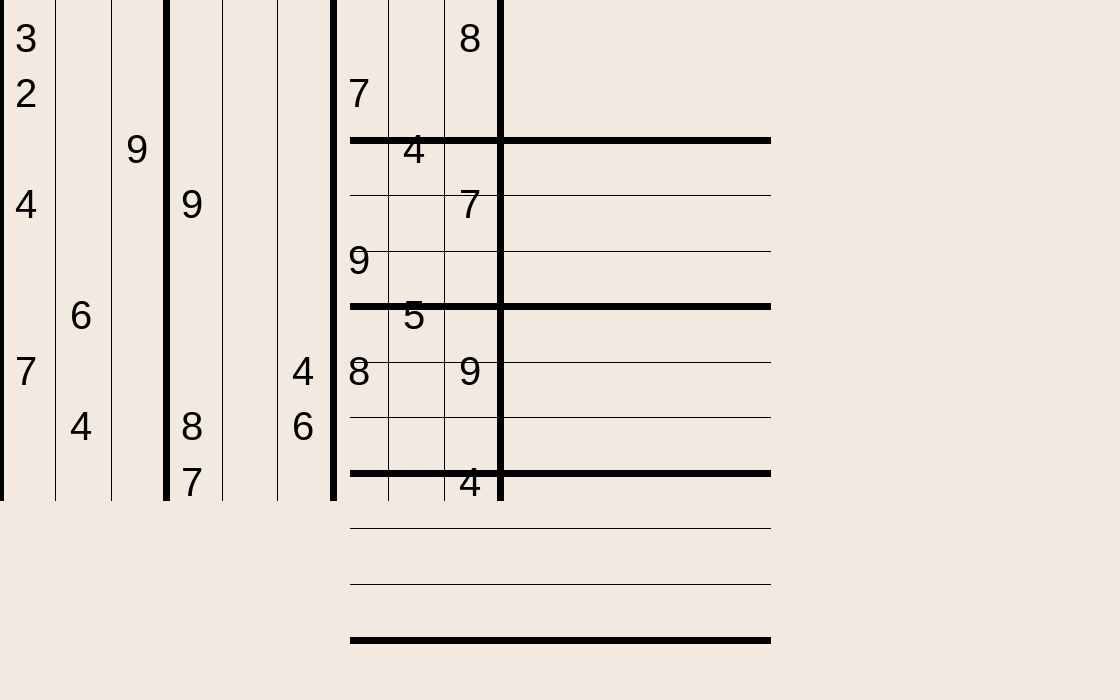
Repository: JensVL96/Puzzle-solver-for-fun
Script's output: python sudoku.py
These files come from the project's save history. The script's output is drawn as it stood at one moment and after the next save; the edit follows.
The window is shown after at most 60 frames with no key pressed. A system font it names is replaced by a similar one. Random numbers start from a fixed seed.

Above is the script's output before, as saved 2020-10-30 01:37:40.

### sudoku.py
# -*- coding: utf-8 -*-
from __future__ import print_function
import pygame as pg
from random import sample
from config import *
from string import *
import numpy as np

dif = BOX_SIZE / 9
def get_cord(pos):
    global x
    x = pos[0]//dif
    global y
    y = pos[1]//dif

class create_board():
    def __init__(self):
        self.base  = 3  # Will generate any size of random sudoku board in O(n^2) time
        self.side  = self.base * self.base
        self.nums  = sample(range(1, self.side + 1), self.side) # random numbers
        self.board = [[self.nums[(self.base * (r%self.base) + r//self.base + c)%self.side] for c in range(self.side) ] for r in range(self.side)]
        rows  = [ r for g in sample(range(self.base),self.base) for r in sample(range(g * self.base,(g + 1) * self.base), self.base) ]
        cols  = [ c for g in sample(range(self.base),self.base) for c in sample(range(g * self.base,(g + 1) * self.base), self.base) ]
        self.board = [[self.board[r][c] for c in cols] for r in rows]

        # print("\nInput:")
        # for line in self.board: print(line)

        squares = self.side * self.side
        empties = squares * 3//4
        for p in sample(range(squares),empties):
            self.board[p//self.side][p%self.side] = 0

        self.lines()

    def expandLine(self, line):
        return line[0]+line[5:9].join([line[1:5]*(self.base-1)]*self.base)+line[9:13]

    def lines(self):
        self.line0  = self.expandLine("╔═══╤═══╦═══╗")
        self.line1  = self.expandLine("║ . │ . ║ . ║")
        self.line2  = self.expandLine("╟───┼───╫───╢")
        self.line3  = self.expandLine("╠═══╪═══╬═══╣")
        self.line4  = self.expandLine("╚═══╧═══╩═══╝")

        self.draw()

    def draw(self):
        symbol = " 1234567890ABCDEFGHIJKLMNOPQRSTUVWXYZ"
        self.nums   = [ [""]+[symbol[n] for n in row] for row in self.board ]
        print(self.line0)
        for r in range(1,self.side+1):
            print( "".join(n+s for n,s in zip(self.nums[r-1],self.line1.split("."))) )
            print([self.line2,self.line3,self.line4][(r%self.side==0)+(r%self.base==0)])

class solve_board():
    def __init__(self, board):
        self.row = []
        self.col = []
        self.cell = []
        self.row_list = []
        self.col_list = []
        self.cell_list = []

        for space in range(9):
            self.col.append([])
            self.cell.append([])

        row_idx = 0
        for line in board:

            self.row.append(line)

            cell_idx = 0
            if row_idx >= 3:
                cell_idx = 3
            if row_idx >= 6:
                cell_idx = 6


            for col_idx in range(9):

                self.col[col_idx].insert(row_idx, line[col_idx])

                if col_idx % 3 == 0:
                    for triple in range(0, 3):
                        self.cell[cell_idx].insert(len(self.cell[row_idx]) + triple, line[col_idx + triple])
                    cell_idx += 1

            self.row_list.append(self.row)
            self.col_list.append(self.col)
            self.cell_list.append(self.cell)
            row_idx += 1

        print("\nrow:")
        for row in self.row_list[0]:
            print(row)
        # print("\ncolumn:")
        # for col in self.col_list[0]:
        #     print(col)
        # print("\ncell:")
        # for cell in self.cell_list[0]:
        #     print(cell)

    def assign_flags(self, board):
        self.flags = []
        row_idx = 0
        cell_idx = 0

        print("\n")
        for line in board:
            cell_idx = 0
            if row_idx >= 3:
                cell_idx = 3
            if row_idx >= 6:
                cell_idx = 6

            for index in range(9):
                # print("position: ", index, "value: ", line[index])

                # print("row", row_idx, "col", index, "cell", cell_idx)
                if (index % 3 == 0 and index != 0):
                    cell_idx += 1

                if line[index] == 0:
                    flag_idx = 0
                    temp_flag = []
                    for value in range(1, 10):
                        # print(value)
                        if self.row_flag(value, row_idx):
                            # print("found in row")
                            pass
                        elif self.col_flag(value, index):
                            # print("found in column")
                            pass
                        elif self.cell_flag(value, cell_idx):
                            # print("found in cell")
                            pass
                        else:
                            temp_flag.append(value)
                            flag_idx += 1
                    print(temp_flag)
                    self.flags.append(temp_flag)
            row_idx += 1

    def check_row(self):
        pass

    def column(self, x):
        pass

    def cell(self, row, col):
        pass

    def row_flag(self, index, row_idx):
        for row in self.row_list[0][row_idx]:
            # print("comparing in row ", row, "with ", index, "row_idx ", row_idx)
            if row == index:
                return 1
        return 0

    def col_flag(self, index, col_idx):
        for col in self.col_list[0][col_idx]:
            # print("comparing in column ", col, "with ", index, "col_idx ", col_idx)
            if col == index:
                return 1
        return 0

    def cell_flag(self, index, cell_idx):
        for cell in self.cell_list[0][cell_idx]:
            # print("comparing in cell ", cell, "with ", index, "cell_idx ", cell_idx)
            if cell == index:
                return 1
        return 0


class Display_board():
    def __init__(self, screen):
        self.screen = screen
        self.font1 = pg.font.SysFont("comicsans", 40)
        self.dif = 500 / 9

    def draw_val(self, val):
        text1 = self.font1.render(str(val), 1, BLACK)
        self.screen.blit(text1, (x * dif + 15, y * dif + 15))

    def on_mouse_press(self, x, y, symbol, modifier):
        pass

    def draw(self, grid):
        start_pos_x = (SCREEN_WIDTH / 2) - (BORDER_SIZE / 2)
        start_pos_y = (SCREEN_HEIGHT / 2) - (BORDER_SIZE / 2)
        end_pos_x = (SCREEN_WIDTH / 2) + (BORDER_SIZE / 2)
        end_pos_y = (SCREEN_HEIGHT / 2) - (BORDER_SIZE / 2)

        print("\nstart pos: (%d, %d)", start_pos_x, start_pos_y)
        print("end pos: (%d, %d)\n", end_pos_x, end_pos_y)

        for i in range (9):
            for j in range (9):
                if grid[i][j] != 0:

                    text1 = self.font1.render(str(grid[i][j]), 1, BLACK)
                    self.screen.blit(text1, (i * self.dif + 15, j * self.dif + 15))

        for i in range(10):
            if i %3 == 0:
                thick = 7
            else:
                thick = 1
            pg.draw.line(self.screen, BLACK, (start_pos_x,
                                            start_pos_y + i * self.dif),
                                            (end_pos_x,
                                            end_pos_y + i * self.dif), thick)
            pg.draw.line(self.screen, BLACK, (i * self.dif, 0), (i * self.dif, 500), thick)

    def update(self, dt):
        pass


class Main():
    def __init__(self):
        self.board = []
        self.run()

    def run(self):
        pg.init()
        self.screen = pg.display.set_mode(SCREEN_RES)
        pg.display.set_caption('Sudoku solver')

        display = Display_board(self.screen)

        flag1 = 0
        val = 0

        self.board = create_board().board
        while 1:
            for event in pg.event.get():
                if event.type == pg.QUIT or (event.type == pg.KEYDOWN and event.key == pg.K_ESCAPE):
                    exit()
                if event.type == pg.MOUSEBUTTONDOWN:
                    flag1 = 1
                    pos = pg.mouse.get_pos()
                if event.type == pg.KEYDOWN:
                    if event.key == pg.K_1:
                        val = 1
                    if event.key == pg.K_2:
                        val = 2
                    if event.key == pg.K_3:
                        val = 3
                    if event.key == pg.K_4:
                        val = 4
                    if event.key == pg.K_5:
                        val = 5
                    if event.key == pg.K_6:
                        val = 6
                    if event.key == pg.K_7:
                        val = 7
                    if event.key == pg.K_8:
                        val = 8
                    if event.key == pg.K_9:
                        val = 9

            if val != 0:
                display.draw_val(val)

                if valid(grid, int(x), int(y), val) == True:
                    grid[int(x)][int(y)] = val
                else:
                    grid[int(x)][int(y)] = 0
                    raise_error2()
                val = 0

            pg.draw.rect(self.screen, BLACK, (0, 0, self.screen.get_width(), self.screen.get_height()))
            self.screen.fill(BEIGE)

            display.draw(self.board)
            # display.draw_box()

            pg.display.update()


        self.solution = solve_board(self.board)

        self.solution.assign_flags(self.board)

if __name__ == '__main__':
    Main()

### config.py


#   Screen info
SCREEN_HEIGHT = 700
SCREEN_WIDTH = int(SCREEN_HEIGHT * 1.6)
SCREEN_RES = (SCREEN_WIDTH, SCREEN_HEIGHT)

#   Colours
BLACK = (0,0,0)
GREY = (50,50,50)
GREEN = (0,255,0)
WHITE = (255,255,255)
BEIGE = (242,234,224)

# Box info
BORDER_SIZE = 420
BOX_SIZE = 410

After the next save:
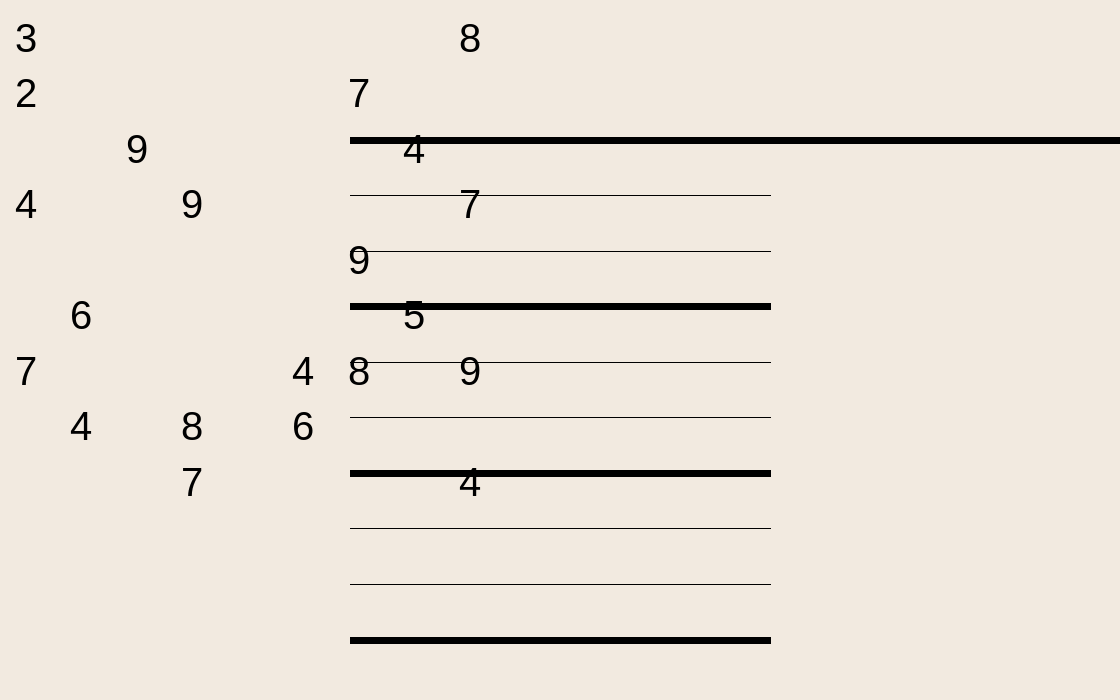
Saved 74 s later.
--- a/sudoku.py
+++ b/sudoku.py
@@ -212,7 +212,10 @@ class Display_board():
                                             start_pos_y + i * self.dif),
                                             (end_pos_x,
                                             end_pos_y + i * self.dif), thick)
-            pg.draw.line(self.screen, BLACK, (i * self.dif, 0), (i * self.dif, 500), thick)
+            pg.draw.line(self.screen, BLACK, (start_pos_x + i * self.dif,
+                                            start_pos_y),
+                                            (end_pos_x + i * self.dif,
+                                            end_pos_y), thick)
 
     def update(self, dt):
         pass
